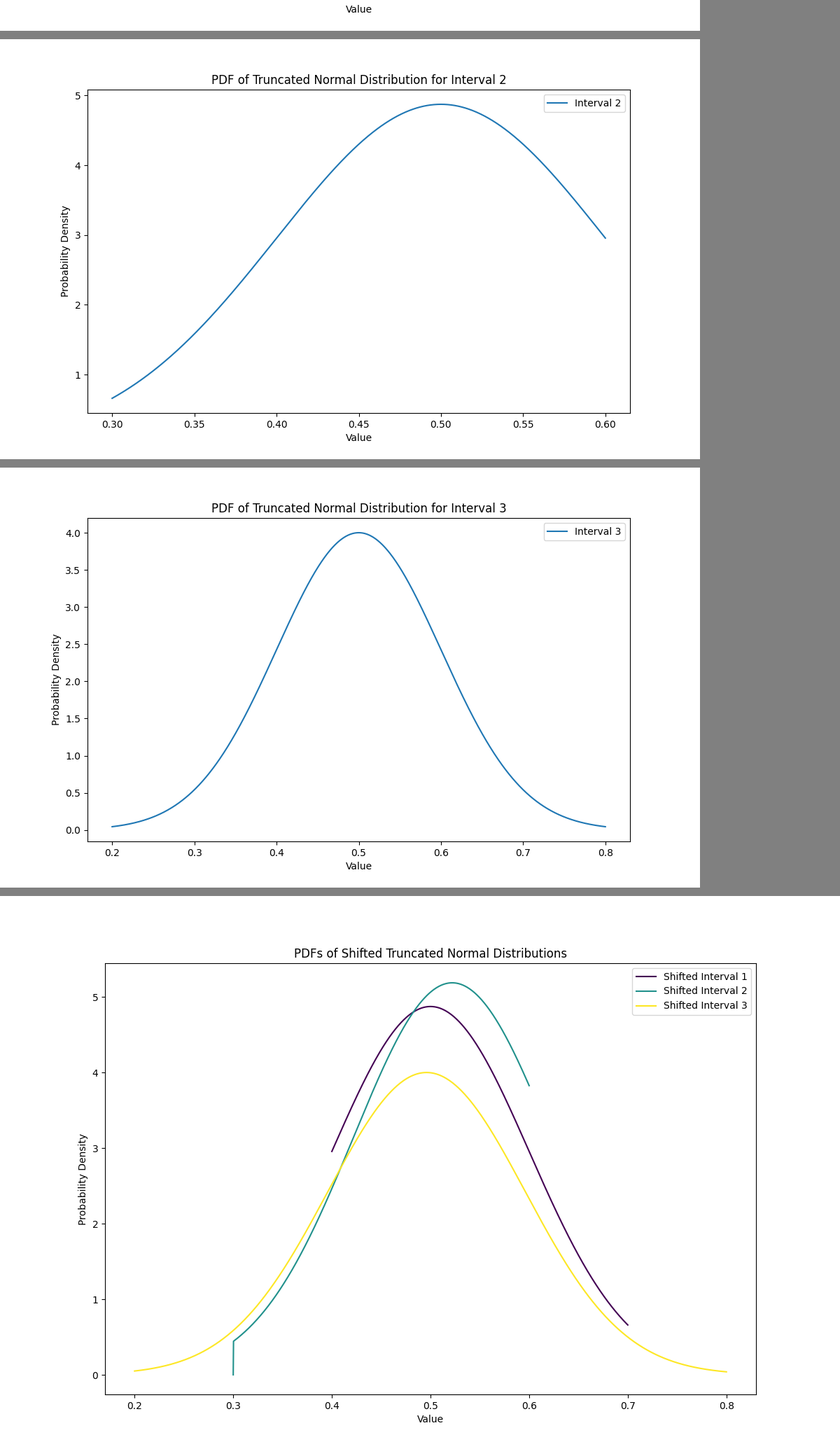
Repository: KrystofM/stealing-part-lm-supplementary-plaid
Script's output: python optimize_logit_queries/askers/some_one_over_n_copy.py
These files come from the project's save history. The script's output is drawn as it stood at one moment and after the next save; the edit follows.
The pictures show rows 556 to 2636 of an output 2636 px tall, at 70% of full size.
Each picture stacks the figures in order, with grey between them; figures that are only written to a file come last. Random numbers start from a fixed seed.

Above is the script's output before, as saved 2024-06-20 15:38:52.

### optimize_logit_queries/askers/some_one_over_n_copy.py
import numpy as np
import scipy.integrate as integrate
from scipy.stats import truncnorm

def sample_truncated_normal(l_i, h_i, n, mean, std):
    # Create the truncated normal distribution
    dist = truncnorm((l_i - mean) / std, (h_i - mean) / std, loc=mean, scale=std)

    # Sample n many samples from the truncated normal distribution
    samples = dist.rvs(size=n)

    return samples

# Vectorized version
# P(P_i + r_i < P_n) = (1/n)^(1/(n-1)
def calculate_product_d_vectorized(l_i, h_i, r_i, l_n, h_n, mu, sigma):
    tnormI = truncnorm((l_i - mu) / sigma, (h_i - mu) / sigma, loc=mu, scale=sigma)
    tnormN = truncnorm((l_n - mu) / sigma, (h_n - mu) / sigma, loc=mu, scale=sigma)

    y_values = np.linspace(l_n, h_n, 1000)  # Adjust the number of points for accuracy/speed trade-off
    tnormN_pdf = tnormN.pdf(y_values)
    cdf_values = tnormI.cdf(y_values - r_i)
    min_max_values = np.minimum(np.maximum(cdf_values, 0), 1)
    integrand_values = min_max_values * tnormN_pdf
    integral = np.trapz(integrand_values, y_values)  # Use trapezoidal rule for integration

    return integral

def find_r_i(l_i, h_i, l_n, h_n, mu, sigma, n):
    lower_bound = l_n - h_i
    upper_bound = h_n - l_i
    r_i = None
    min_diff = float('inf')
    min_r_i = None
    precision = 100
    for r in range(precision):
        r_i = lower_bound + (upper_bound - lower_bound) * r / precision
        diff = abs(calculate_product_d_vectorized(l_i, h_i, r_i, l_n, h_n, mu, sigma) - (1/n)**(1/(n-1)))
        if diff < min_diff:
            min_diff = diff
            min_r_i = r_i
    return min_r_i, min_diff

# Binary search to find r_i such that G(r_i) = 1/n
# tolerance = 1e-3
mu = 0.5
sigma = 0.1
low = [0.4, 0.3, 0.2]
high = [0.7, 0.6, 0.8]
# low = [0.3, 0.8, 0.999]
# high = [0.4, 0.9, 1]
n=len(low)

# fix some low[i] and high[i] and find all r_j j!=i
i=0
l_n = low[i]
h_n = high[i]
r_values = [0]*n
for j in range(n):
    if j != i:
        l_i = low[j]
        h_i = high[j]
        min_r_i, min_diff = find_r_i(l_i, h_i, l_n, h_n, mu, sigma, n)
        print(f"best value of r_i: {min_r_i}")
        print(f"best diff: {min_diff}")
        r_values[j] = min_r_i
print(r_values)

###### TESTING ########

def err(probabilities):
    # list of 1/n values
    correct = np.full(len(probabilities), 1/len(probabilities))
    # l2 norm of the difference between the correct values and the observed values
    return np.linalg.norm(correct - probabilities)

num_samples = 100000
# Initialize counts
max_indexes = np.zeros(n)
baseline_max_indexes = np.zeros(n)

# Sample all at once
samples = np.array([sample_truncated_normal(low[j], high[j], num_samples, mu, sigma) for j in range(n)])
print(samples.shape)

# calculate how many times is

# Fraction of time each i (n) is bigger than j + r_values[j] ~~ should be (1/n)^(1/(n-1))
proportion = np.mean(samples + np.array(r_values)[:, None] < samples[i], axis=1)
print("Proportion: i > j + r_j")
print(proportion)

# Calculate max values for baseline and optimized
baseline_max_values = np.max(samples, axis=0)
max_values = np.max(samples + np.array(r_values)[:, None], axis=0)

# Determine max indexes
baseline_max_indexes = np.argmax(samples, axis=0)
max_indexes = np.argmax(samples + np.array(r_values)[:, None], axis=0)
print(max_indexes.shape)
print(max_indexes[:10])

# Count occurrences
baseline_counts = np.bincount(baseline_max_indexes, minlength=n)
max_counts = np.bincount(max_indexes, minlength=n)
print(max_counts)

# Normalize counts to probabilities
baseline_probabilities = baseline_counts / num_samples
max_probabilities = max_counts / num_samples

print("Baseline")
print(err(baseline_probabilities))
print(baseline_probabilities)

print("Optimized")
print(err(max_probabilities))
print(max_probabilities)



# plot the pdf of the truncated normal distribution for each interval in separate plots
import matplotlib.pyplot as plt
for i in range(n):
    plt.figure(figsize=(10, 6))
    x = np.linspace(low[i], high[i], 1000)
    dist = truncnorm((low[i] - mu) / sigma, (high[i] - mu) / sigma, loc=mu, scale=sigma)
    plt.plot(x, dist.pdf(x), label=f'Interval {i+1}')
    plt.xlabel('Value')
    plt.ylabel('Probability Density')
    plt.title(f'PDF of Truncated Normal Distribution for Interval {i+1}')
    plt.legend()
    plt.show()

# plot the pdfs of the shifted truncated normal distributions over each other
plt.figure(figsize=(12, 8))
colors = plt.cm.viridis(np.linspace(0, 1, n))
for i in range(n):
    x = np.linspace(low[i], high[i], 1000)
    shifted_dist = truncnorm((low[i] - mu - r_values[i]) / sigma, (high[i] - mu - r_values[i]) / sigma, loc=mu + r_values[i], scale=sigma)
    plt.plot(x, shifted_dist.pdf(x), color=colors[i], label=f'Shifted Interval {i+1}')
plt.xlabel('Value')
plt.ylabel('Probability Density')
plt.title('PDFs of Shifted Truncated Normal Distributions')
plt.legend()
plt.show()

After the next save:
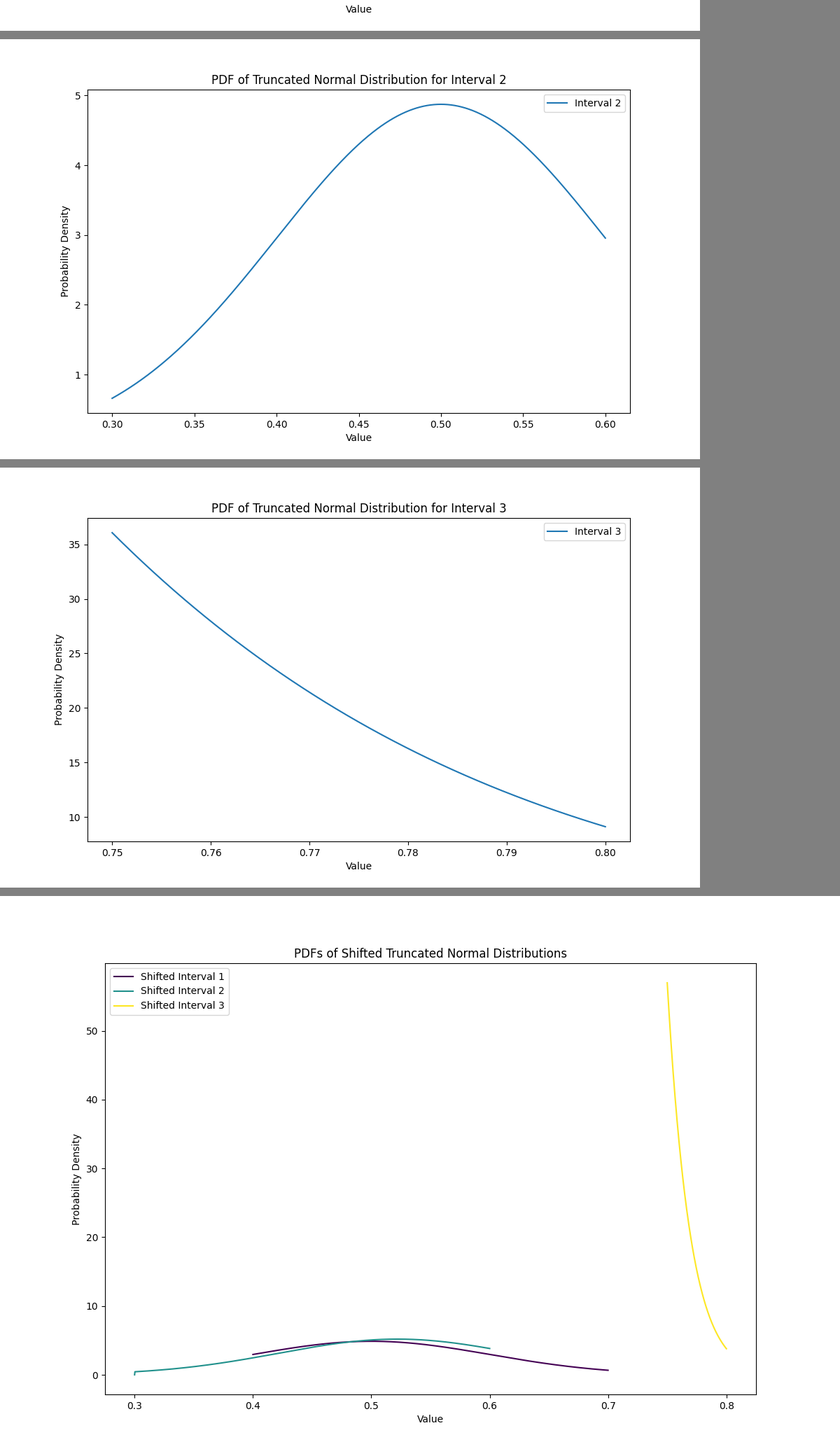
Saved 14 min 42 s later.
--- a/optimize_logit_queries/askers/some_one_over_n_copy.py
+++ b/optimize_logit_queries/askers/some_one_over_n_copy.py
@@ -45,7 +45,7 @@ def find_r_i(l_i, h_i, l_n, h_n, mu, sigma, n):
 # tolerance = 1e-3
 mu = 0.5
 sigma = 0.1
-low = [0.4, 0.3, 0.2]
+low = [0.4, 0.3, 0.75]
 high = [0.7, 0.6, 0.8]
 # low = [0.3, 0.8, 0.999]
 # high = [0.4, 0.9, 1]
